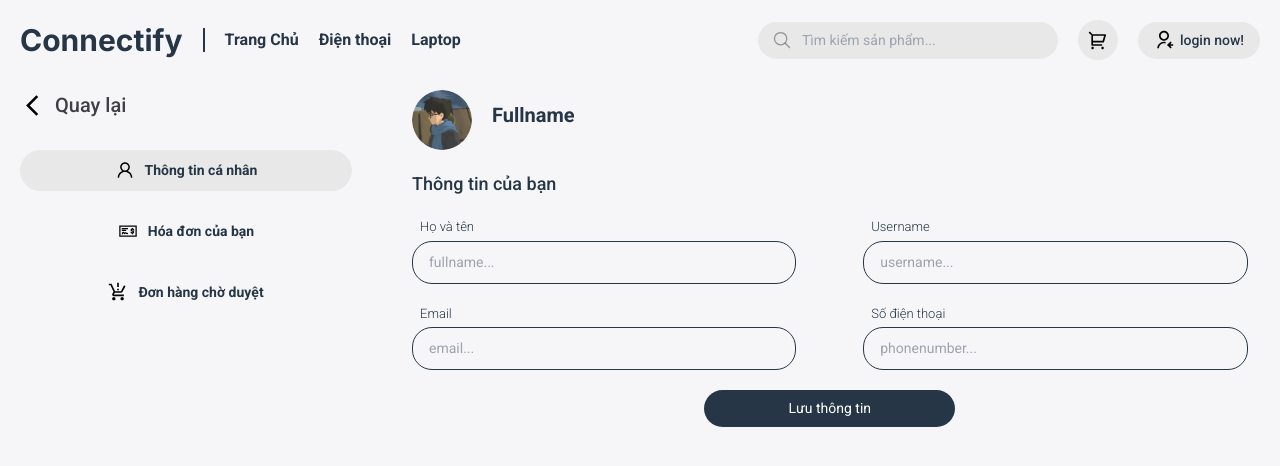
Repository: tvbacs/JavaWebProjectUI
Page: /profile
These files come from the project's save history. The page is drawn as it stood at one moment and after the next save; the edit follows.
The browser window is 1280 px wide. The pictures show the whole page.
The project was rebuilt for these pictures with package versions that can differ from the ones it lists, and the page was loaded fresh each time. Also part of the build but not shown: src/pages/Auth/Login/index.js, src/pages/HomePage/HomePage.module.scss, src/components/Item/Item.module.scss, src/components/Item/index.js, src/components/Scroll/Scroll.module.scss, src/components/Scroll/index.js, src/pages/HomePage/index.js, src/pages/LaptopPage/LaptopPage.module.scss and 26 more.

Above is the page before, as saved 2025-05-24 23:33:42.

After the next save:
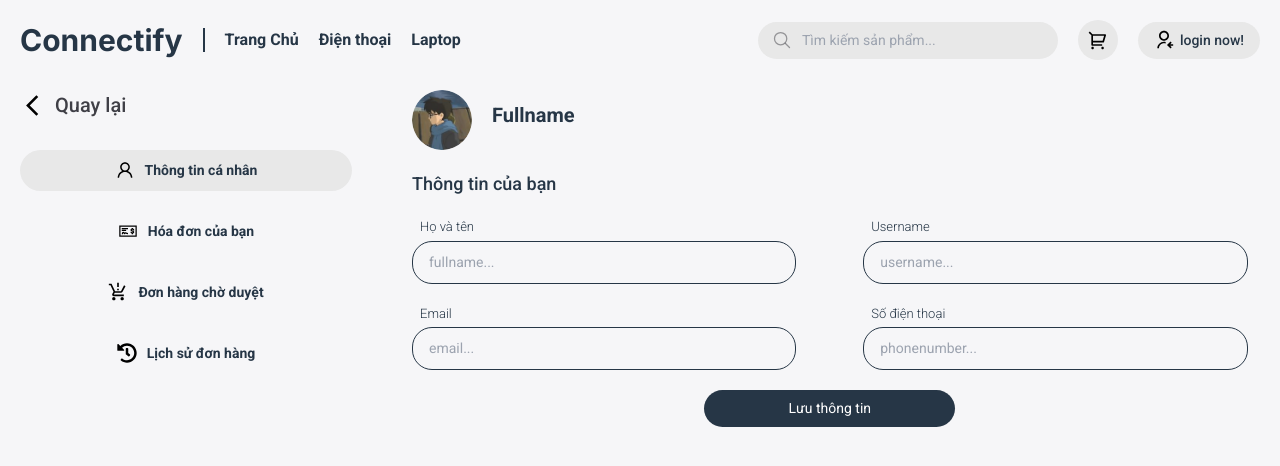
Saved 15 s later.
--- a/src/pages/Profile/index.js
+++ b/src/pages/Profile/index.js
@@ -82,6 +82,11 @@ function Profile() {
                         <MdProductionQuantityLimits className={cx('text-[20px]', 'mr-[10px]')} />
                         <span className={cx('text-[#263646]', 'text-[14px]', 'font-semibold')}>Đơn hàng chờ duyệt</span>
                     </div>
+
+                    <Link to="/orders" className={cx('tab-item')}>
+                        <FaHistory className={cx('text-[20px]', 'mr-[10px]')} />
+                        <span className={cx('text-[#263646]', 'text-[14px]', 'font-semibold')}>Lịch sử đơn hàng</span>
+                    </Link>
                     </div>
 
                 </div>
